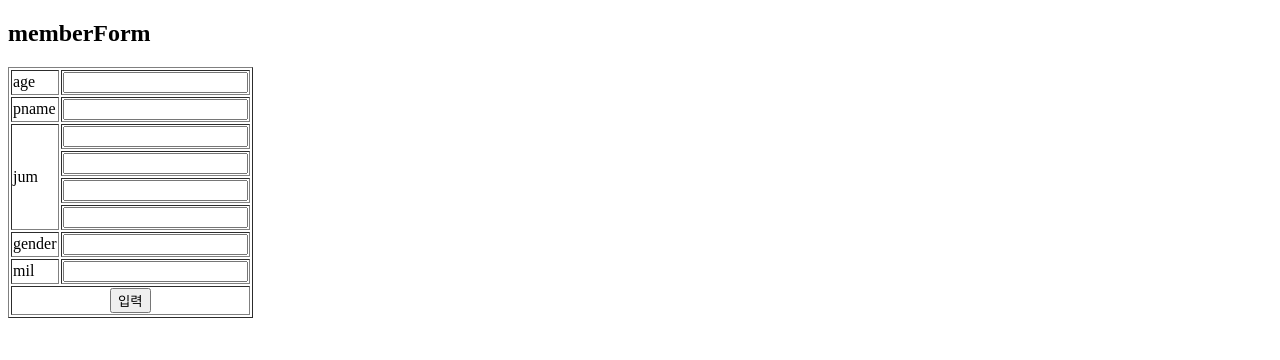
Repository: Yousehyeon/spring_work
Page: stsMvcProj/src/main/webapp/views/req/memberForm.html
An editor plug-in stored every save of this project. The page is shown before and after the next save, followed by the edit.
The browser window is 1280 px wide. The pictures show the whole page.

Above is the page before, as saved 2023-08-18 07:11:31.

### stsMvcProj/src/main/webapp/views/req/memberForm.html
<!DOCTYPE html>
<html>
<head>
<meta charset="UTF-8">
<title>회원가입이다.</title>
</head>
<body>
<h2>memberForm</h2>
<form action="memberReg" method="post">
	<table border="">
		<tr>
			<td>age</td>
			<td><input type="text" name="age" /></td>
		</tr>
		<tr>
			<td>pname</td>
			<td><input type="text" name="pname" /></td>
		</tr>
		<tr>
			<td rowspan="4">jum</td>
			<td><input type="text" name="jum" /></td>
		</tr>
		<tr>

			<td><input type="text" name="jum" /></td>
		</tr>
		<tr>

			<td><input type="text" name="jum" /></td>
		</tr>
		<tr>

			<td><input type="text" name="jum" /></td>
		</tr>
		<tr>
			<td>gender</td>
			<td><input type="text" name="gender" /></td>
		</tr>
		<tr>
			<td>mil</td>
			<td><input type="text" name="mil" /></td>
		</tr>

		<tr>
			<td colspan="2" align="center">
				<input type="submit" value="입력" />
			</td>
		</tr>
	</table>
</form>
</body>
</html>

After the next save:
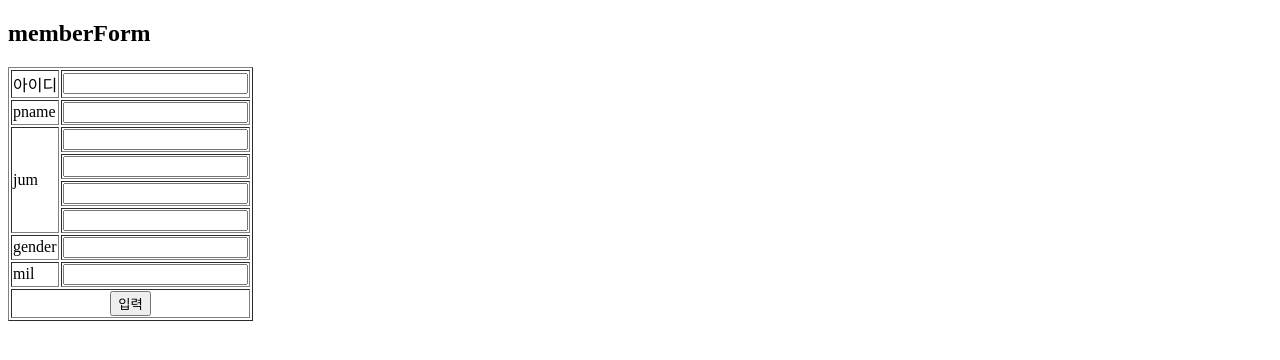
Saved 19 s later.
--- a/stsMvcProj/src/main/webapp/views/req/memberForm.html
+++ b/stsMvcProj/src/main/webapp/views/req/memberForm.html
@@ -9,8 +9,8 @@
 <form action="memberReg" method="post">
 	<table border="">
 		<tr>
-			<td>age</td>
-			<td><input type="text" name="age" /></td>
+			<td>아이디</td>
+			<td><input type="text" name="id" /></td>
 		</tr>
 		<tr>
 			<td>pname</td>
